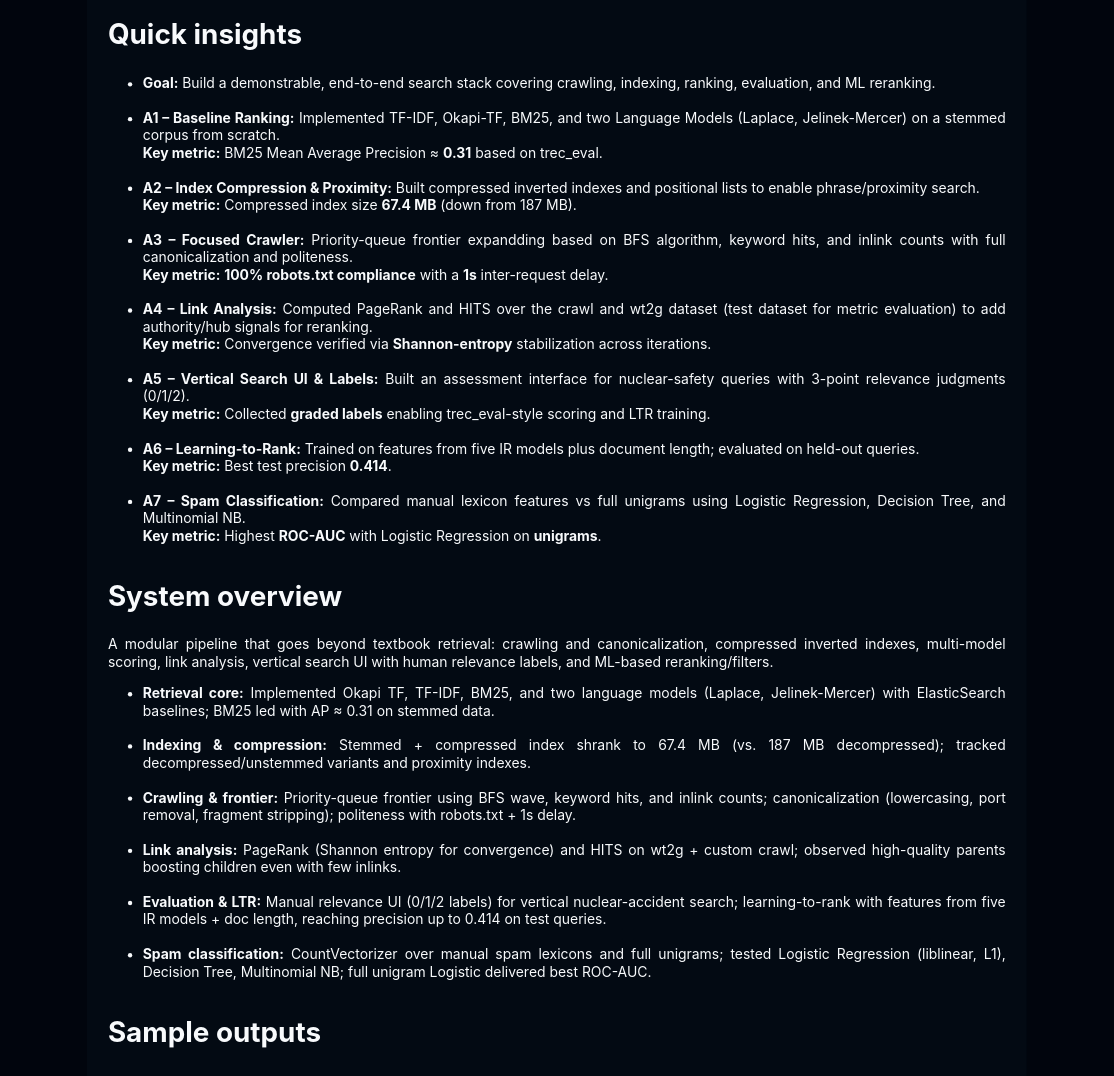
Repository: Abdulaziz-04/Abdulaziz-04.github.io
Page: deepdives/backend_systems/search_engine/search_engine.html
An editor plug-in stored every save of this project. The page is shown before and after the next save, followed by the edit.
The browser window is 1280 px wide. The pictures show the part of the page from y = 873 to 2110 px (the page is 4682 px tall), at 87% of full size.
A picture or video elsewhere on the page could not be fetched, so the positions and the page height are approximate.

Above is the page before, as saved 2025-11-21 17:55:48.

After the next save:
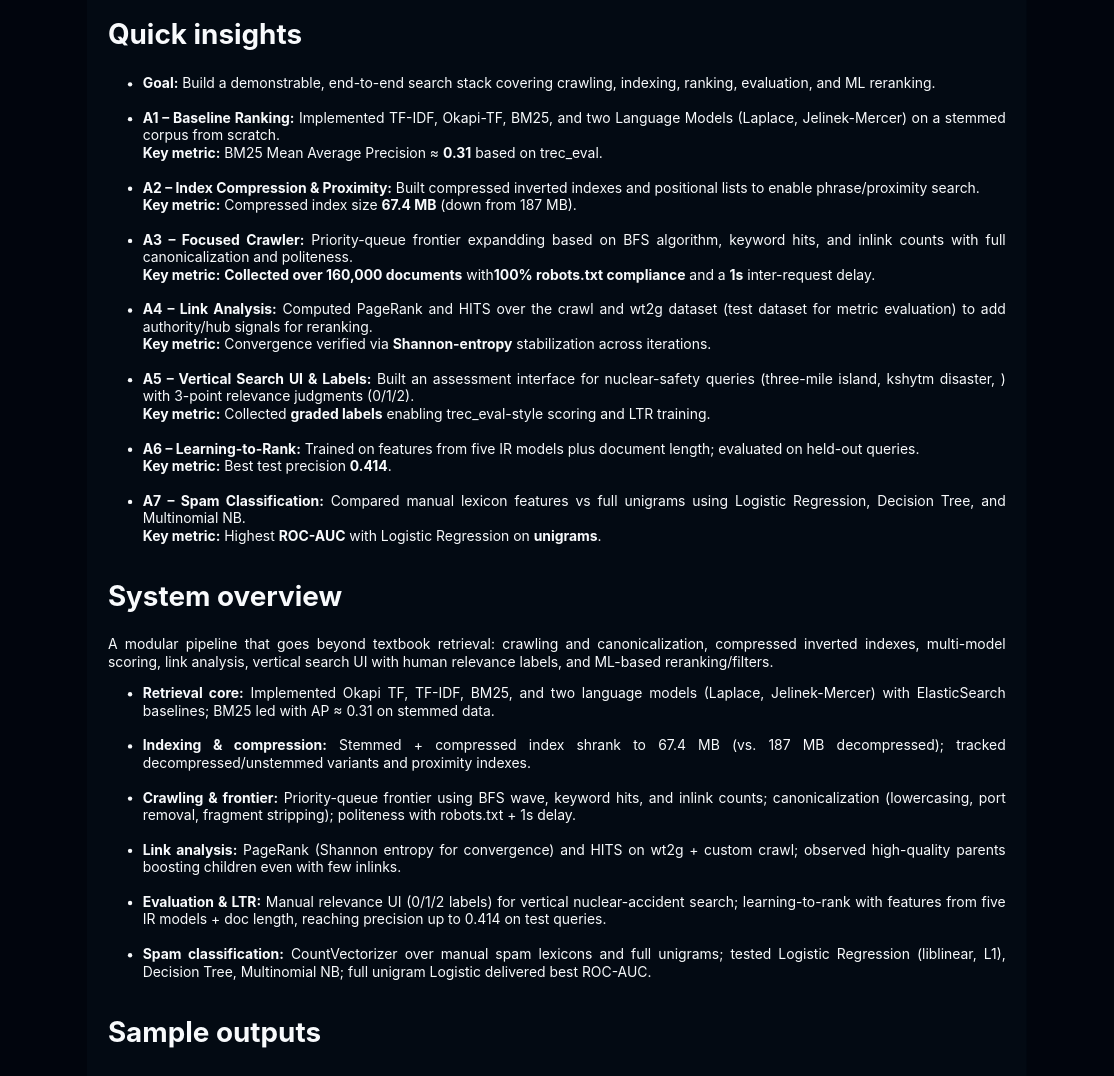
Saved 86 s later.
--- a/deepdives/backend_systems/search_engine/search_engine.html
+++ b/deepdives/backend_systems/search_engine/search_engine.html
@@ -97,8 +97,10 @@
             <strong>A3 – Focused Crawler:</strong> Priority-queue frontier
             expandding based on BFS algorithm, keyword hits, and inlink counts
             with full canonicalization and politeness. <br />
-            <b>Key metric:</b> <b>100% robots.txt compliance</b> with a
-            <b>1s</b> inter-request delay.
+            <b>Key metric:</b> <b>Collected over 160,000 documents</b> with<b
+              >100% robots.txt compliance</b
+            >
+            and a <b>1s</b> inter-request delay.
           </li>
           <br />
           <li>
@@ -112,8 +114,8 @@
           <br />
           <li>
             <strong>A5 – Vertical Search UI &amp; Labels:</strong> Built an
-            assessment interface for nuclear-safety queries with 3-point
-            relevance judgments (0/1/2). <br />
+            assessment interface for nuclear-safety queries (three-mile island,
+            kshytm disaster, ) with 3-point relevance judgments (0/1/2). <br />
             <b>Key metric:</b> Collected <b>graded labels</b> enabling
             trec_eval-style scoring and LTR training.
           </li>
